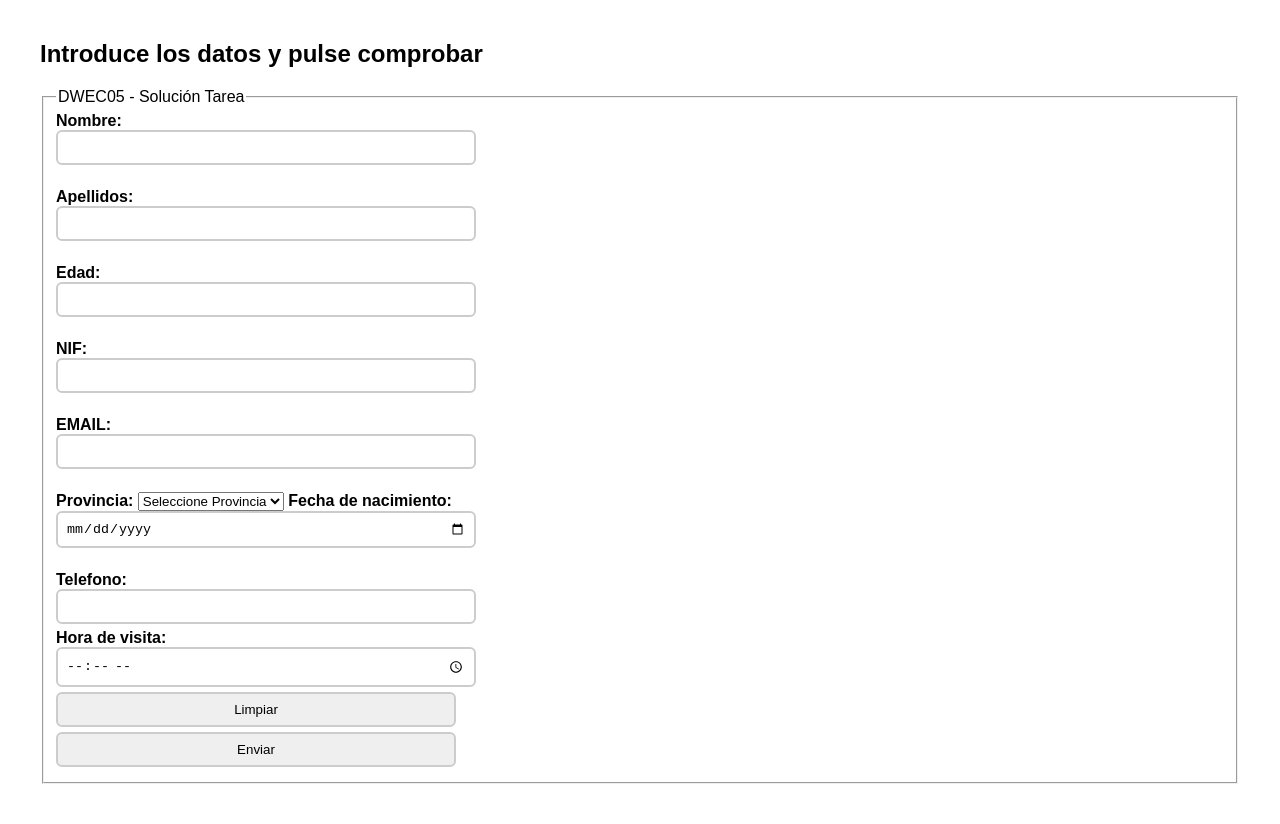
Repository: KoTvTrysaX01/2DAW-Desarrollo-WEB-en-Entorno-Cliente
Page: JAVASCRIPT/UD2/practica5/Actividad2/index.html
These files come from the project's save history. The page is drawn as it stood at one moment and after the next save; the edit follows.
The browser window is 1280 px wide. The pictures show the whole page.

Above is the page before, as saved 2025-11-01 18:46:51.
Console error: TypeError: Cannot read properties of null (reading 'addEventListener')

After the next save:
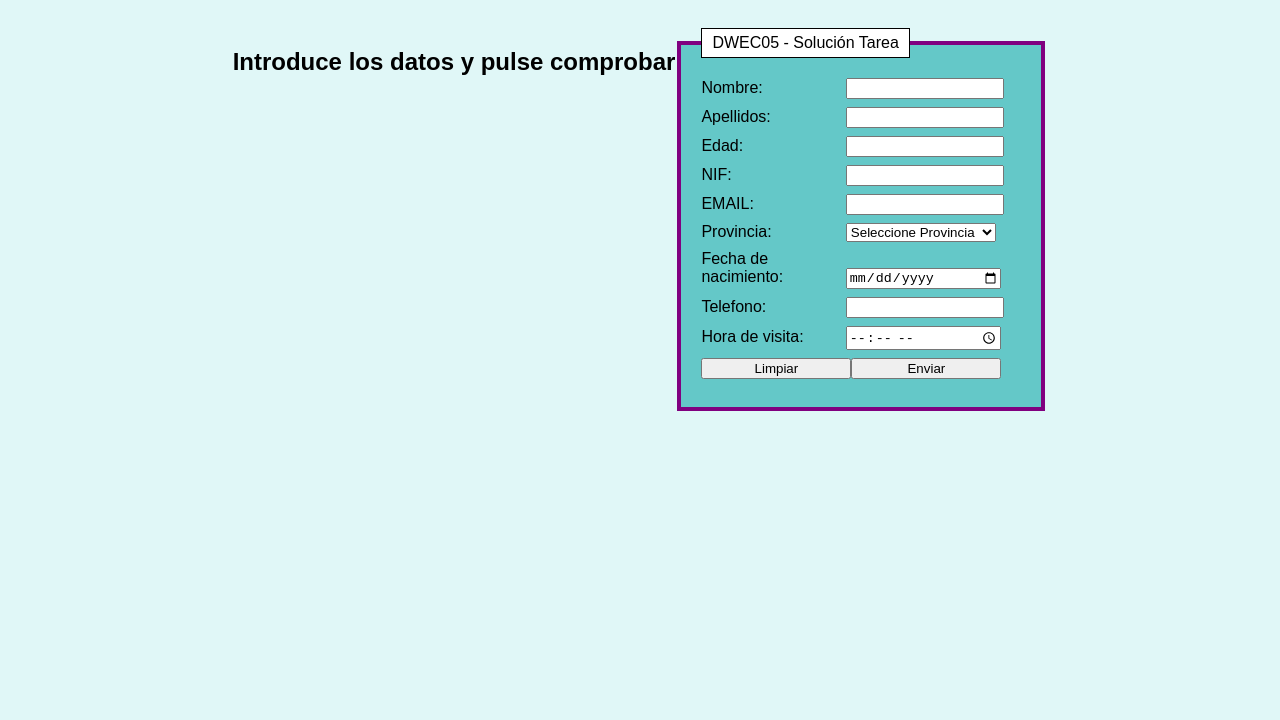
Saved 27 s later.
--- a/JAVASCRIPT/UD2/practica5/Actividad2/style.css
+++ b/JAVASCRIPT/UD2/practica5/Actividad2/style.css
@@ -1,19 +1,31 @@
  body {
-    font-family: Arial, sans-serif;
-    margin: 40px;
-  }
-  form {
-    max-width: 400px;
-  }
-  label {
-    font-weight: bold;
-  }
-  input {
-    display: block;
-    width: 100%;
-    margin-bottom: 5px;
-    padding: 8px;
-    border: 2px solid #ccc;
-    border-radius: 6px;
-    transition: border-color 0.3s, box-shadow 0.3s;
-  }
+  font-family: Arial, sans-serif;
+  background-color: #e0f7f7;
+  display: flex;
+  justify-content: center;
+  padding: 20px;
+}
+
+fieldset {
+  background-color: #64c8c8;
+  border: 4px solid purple;
+  padding: 20px;
+  width: 320px;
+}
+
+legend {
+  background-color: white;
+  border: 1px solid black;
+  padding: 5px 10px;
+}
+
+label {
+  display: inline-block;
+  width: 140px;
+  margin-bottom: 5px;
+}
+
+input, select {
+  width: 150px;
+  margin-bottom: 8px;
+}
